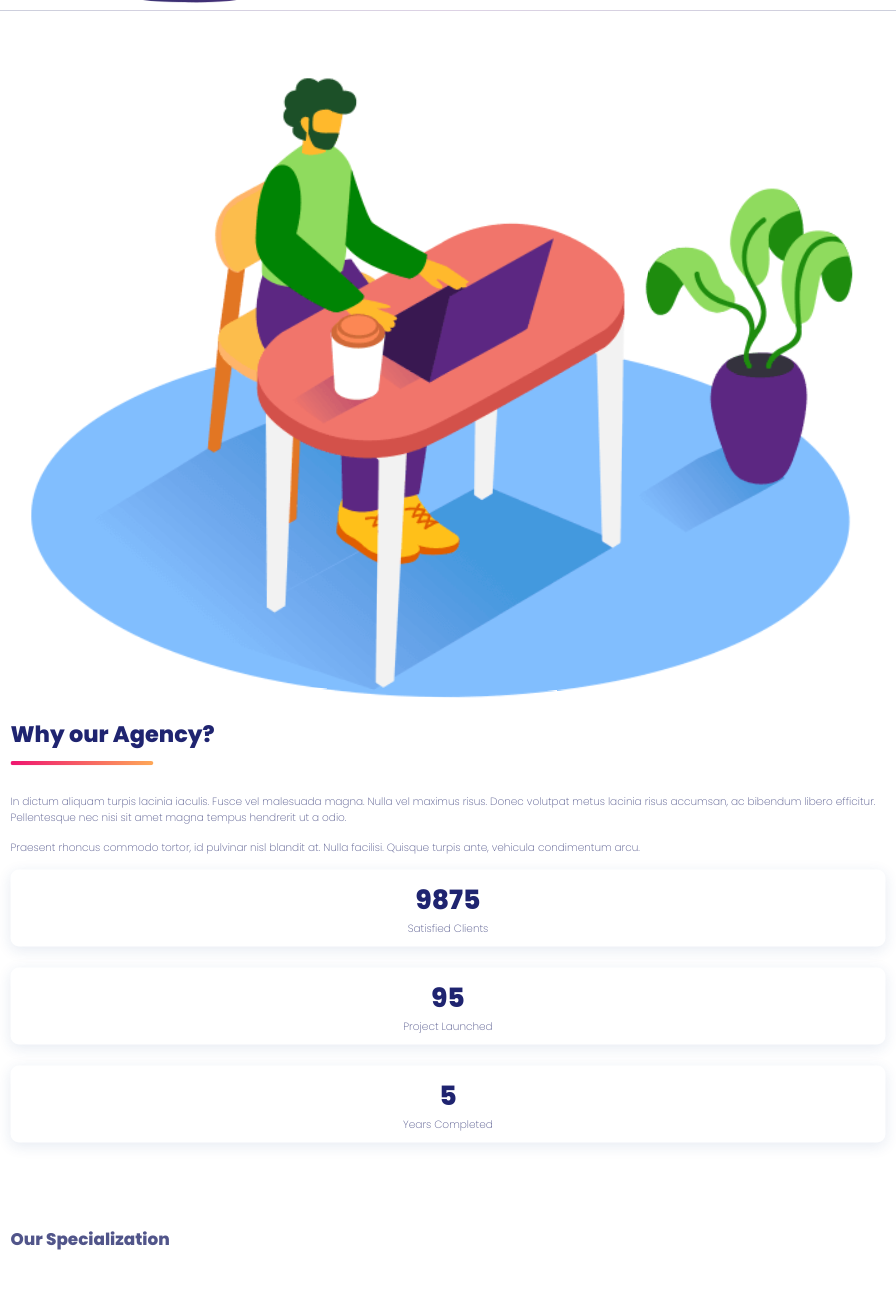
Repository: OmniaRafat232111121/agency
Page: index.html
The author's editor kept a copy of each file at every save. The page is drawn from the files as they stood at one save, then again after a run of saves.
The browser window is 1280 px wide. The pictures show the part of the page from y = 1393 to 3313 px (the page is 3240 px tall before and 3313 px after), at 70% of full size.

Above is the page before, as saved 2022-10-28 23:21:36.

After the next 17 saves:
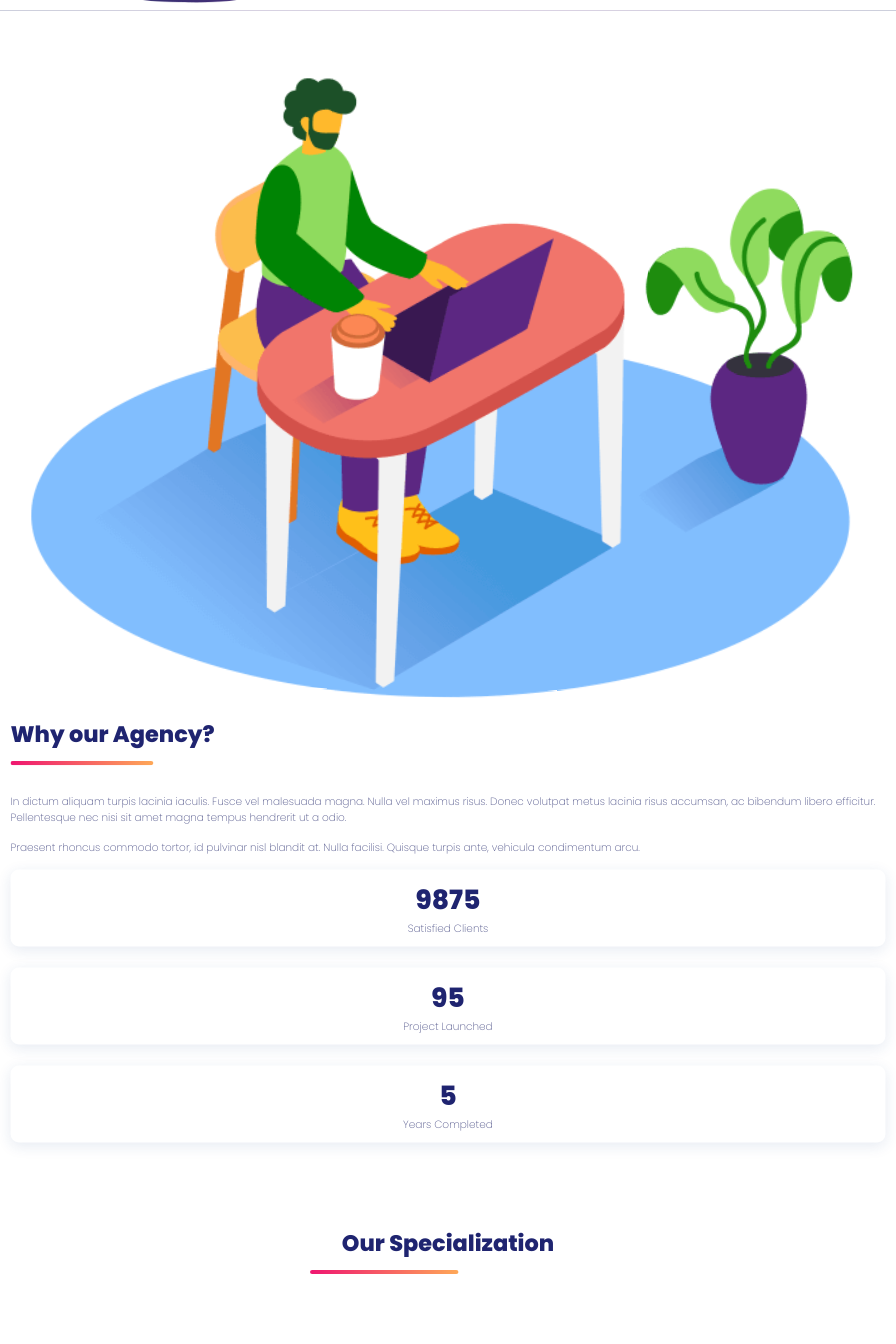
The 17 saves are shown as one change because they came seconds apart.
The last was saved 32 s later.
--- a/index.html
+++ b/index.html
@@ -141,7 +141,7 @@
         <!--services-->
         <section class="section service" id="services">
           <div class="container">
-            <h2>Our Specialization</h2>
+            <h2 class="h2 section-title underline">Our Specialization</h2>
 
           </div>
         </section>
